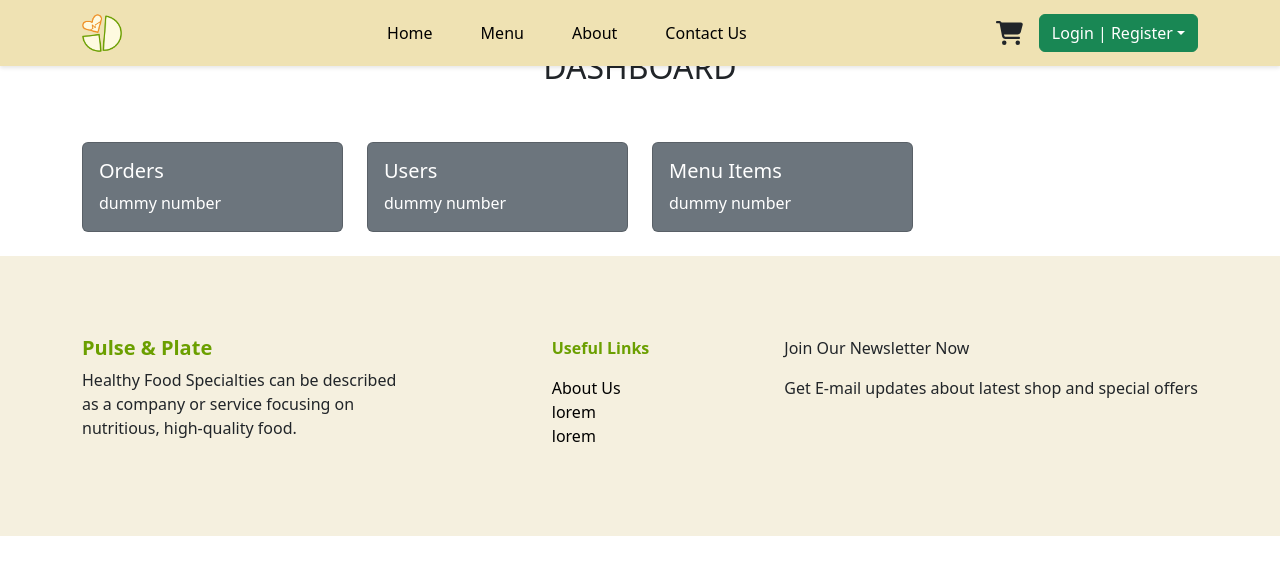
Repository: zeinawady/Pulse-and-Plate
Page: /dashboard
These files come from the project's save history. The page is drawn as it stood at one moment and after the next save; the edit follows.
The browser window is 1280 px wide. The pictures show the whole page.
The project was rebuilt for these pictures with package versions that can differ from the ones it lists, and the page was loaded fresh each time. Also part of the build but not shown: src/components/Main/Main.css, src/components/Main/Main.js, src/components/Menu/MealCard.css, src/components/Menu/MealCard.js, src/components/Menu/Categories.css, src/components/Menu/Categories.js, src/components/Menu/Menu.css, src/components/Menu/Menu.js and 21 more.

Above is the page before, as saved 2025-05-15 18:38:24.

After the next save:
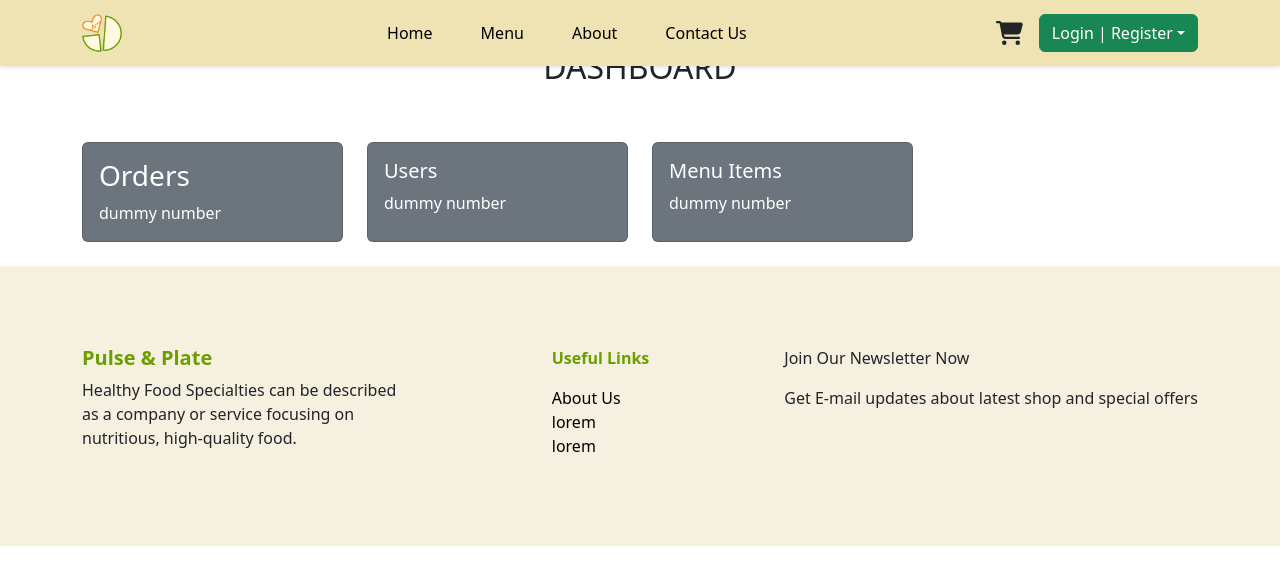
Saved 29 s later.
--- a/src/components/Dashboard/Dashboard.js
+++ b/src/components/Dashboard/Dashboard.js
@@ -13,7 +13,7 @@ export default function Dashboard() {
           <div className="card text-white bg-secondary h-100">
             <div className="card-body">
               <div className="card-inner">
-              <h5 className="card-title">Orders</h5>
+              <h3 className="card-title">Orders</h3>
 
                 dummy number
                 </div>
